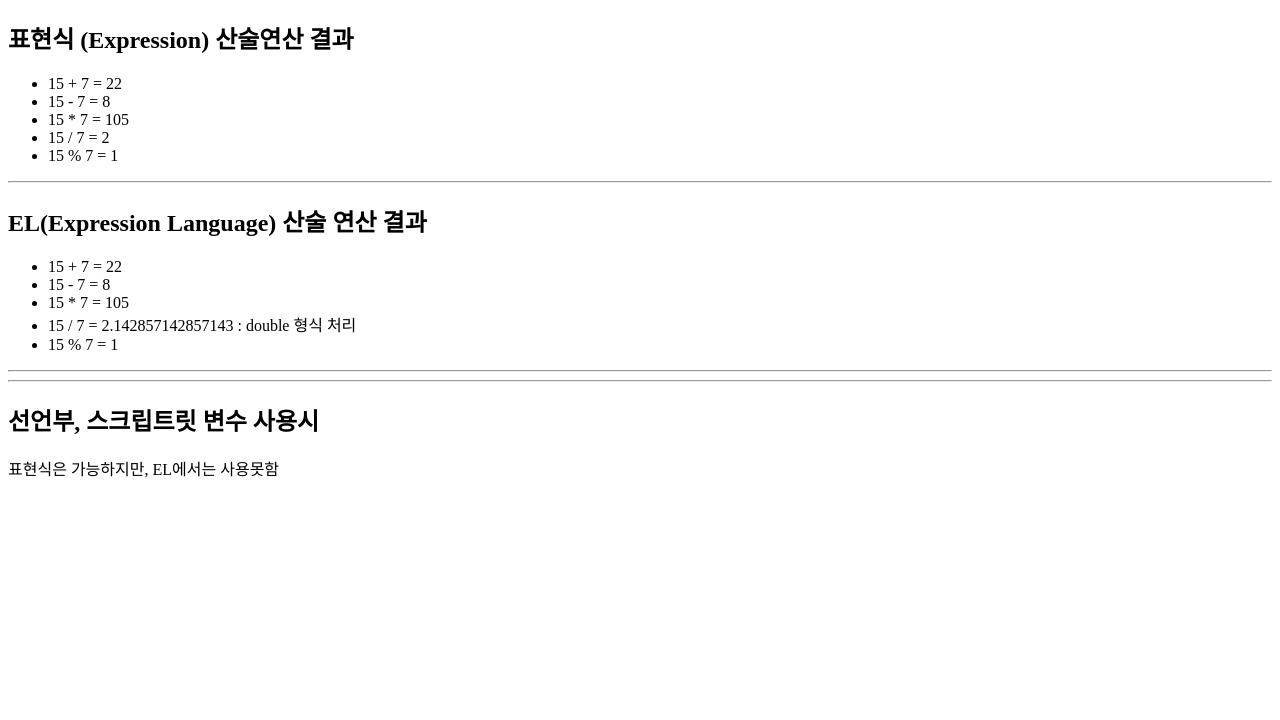
Repository: SeYoung1012/Bitcamp
Page: http://localhost/07_EL_JSTL/EL01_scope.jsp
The author's editor kept a copy of each file at every save. The page is drawn from the files as they stood at one save, then again after the next save.
The browser window is 1280 px wide. The pictures show the whole page.
The page is served by Tomcat 9.

Above is the page before, as saved 2021-09-29 06:29:14.

After the next save:
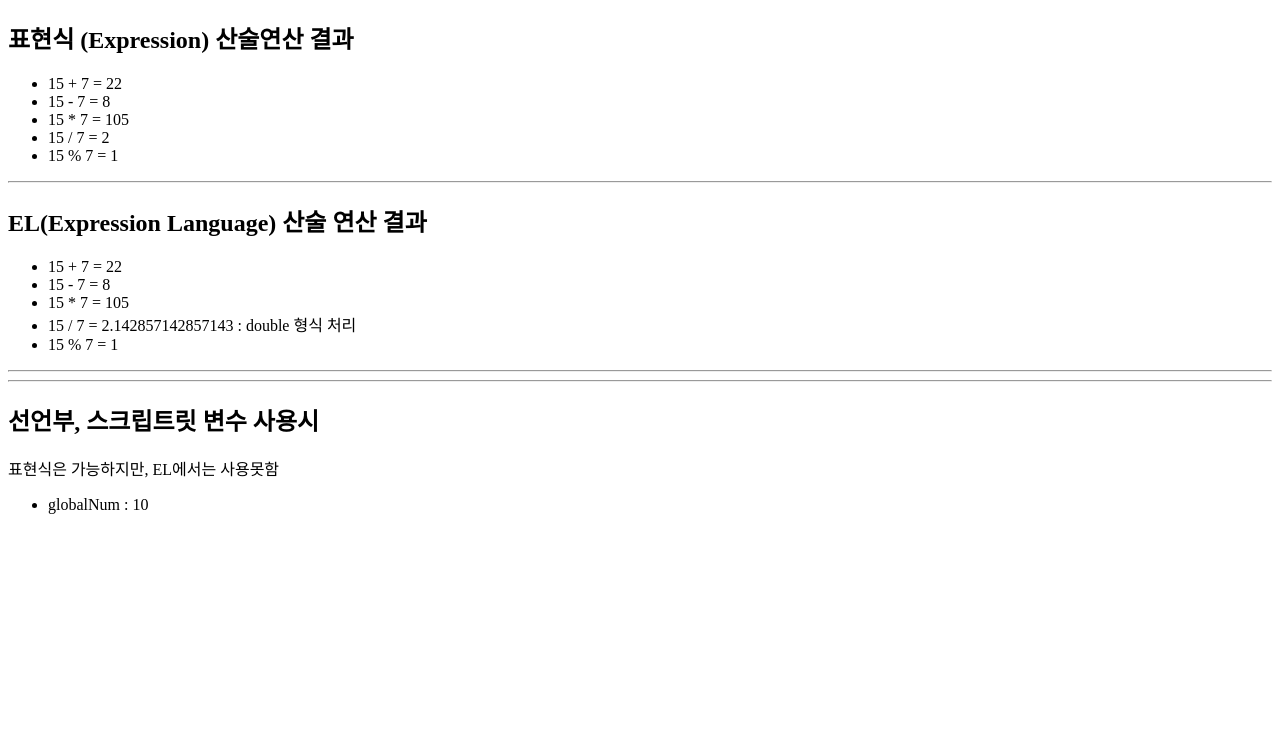
Saved 32 s later.
--- a/60_web/07_EL_JSTL/WebContent/EL01_scope.jsp
+++ b/60_web/07_EL_JSTL/WebContent/EL01_scope.jsp
@@ -47,8 +47,11 @@
 	<h2> 선언부, 스크립트릿 변수 사용시 </h2>
 	<p> 표현식은 가능하지만, EL에서는 사용못함 </p>
 	<%! int globalNum = 10; %>
+	<% int localNum = 20; %>
 
-	<% int localNum = 20; %>
+	<ul>
+		<li>globalNum : <%=globalNum %> </li>
+	</ul>
 
 
 
